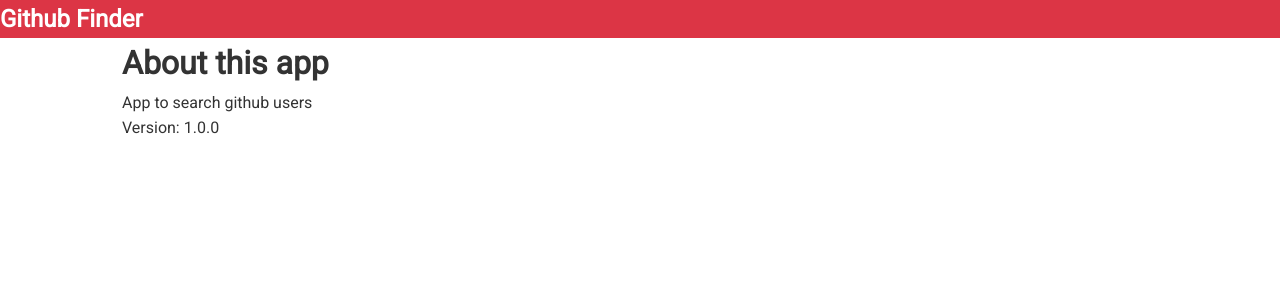
Repository: 7harshit20/github-users-finder
Page: /about
An editor plug-in stored every save of this project. The page is shown before and after the next save, followed by the edit.
The browser window is 1280 px wide. The pictures show the whole page.
The project was rebuilt for these pictures with package versions that can differ from the ones it lists, and the page was loaded fresh each time. Also part of the build but not shown: src/component/users/UserItems.js, src/component/layout/Spinner.js, src/component/users/Users.js, src/component/users/Search.js, src/component/layout/Alert.js.

Above is the page before, as saved 2021-10-03 10:47:58.

### src/App.js
import React, { Component, Fragment } from 'react';
import { BrowserRouter as Router, Switch, Route } from 'react-router-dom';
import Navbar from './component/layout/Navbar';
import Users from './component/users/Users';
import Search from './component/users/Search';
import Alert from './component/layout/Alert';
import About from './component/pages/About';
import axios from 'axios';
import './App.css';

class App extends Component {
  state = {
    users: [],
    loading: false,
    alert: null
  }

  searchUsers = async (text) => {
    this.setState({ loading: true });

    // const res = await fetch(`http://api.github.com/search/users?q=${text}&client_id=${process.env.REACT_APP_GITHUB_CLIENT_ID}&client_secret=${process.env.REACT_APP_GITHUB_CLIENT_SECRET}`);
    // const data = await res.json();
    // this.setState({ users: data.items, loading: false });
    const res = await axios.get(`http://api.github.com/search/users?q=${text}&client_id=${process.env.REACT_APP_GITHUB_CLIENT_ID}&client_secret=${process.env.REACT_APP_GITHUB_CLIENT_SECRET}`);

    this.setState({ loading: false, users: res.data.items });
  };

  clearUsers = () => {
    this.setState({ users: [] })
  }

  setAlert = (message, background) => {
    this.setState({ alert: { msg: message, type: background } });
    setTimeout(() => this.setState({ alert: null }), 3000)
  }

  // async componentDidMount() {
  //   this.setState({ loading: true });

  //   const res = await fetch(`http://api.github.com/users?client_id=${process.env.REACT_APP_GITHUB_CLIENT_ID}&client_secret=${process.env.REACT_APP_GITHUB_CLIENT_SECRET}`);
  //   const data = await res.json();

  //   this.setState({ users: data, loading: false });
  // }



  render() {
    // const name = "Someone";
    // const load = false;
    // const showName = true;
    // if (!showName && !load) {
    //   return (
    //     <h1>Changes successful</h1>
    //   )
    // }
    // return (
    //   <div className="App" >
    //     {load ? <h4>Loading...</h4> : <h1>{name}'s Changes successful</h1>}
    //   </div>
    //   // <Fragment>
    //   //   <h1>Hello again</h1>
    //   // </Fragment>
    // );
    const { loading, users, alert } = this.state;
    const name = "Github Finder";

    return (
      <Router>
        <div className="App">
          <Navbar title={name} />
          <div className="container">
            <Alert alert={alert} />
            <Switch>
              <Route exact path='/' render={(props) => (
                <Fragment>
                  <Search
                    searchUsers={this.searchUsers}
                    clearUsers={this.clearUsers}
                    setAlert={this.setAlert}
                    showClear={users.length > 0 ? true : false}
                  />
                  <Users loading={loading} users={users} />
                </Fragment>
              )}
              />
              <Route
                exact path='/about'
                render={(props) => (
                  <About />
                )}
              />
            </Switch>
          </div>
        </div>
      </Router>
    );

  }
}

export default App;

### src/component/layout/Navbar.js
// import React, { Component } from 'react'
// import PropTypes from 'prop-types'

// export class Navbar extends Component {
//     static defaultProps = {
//         title: 'Github Finder'
//     }

//     static propTypes = {
//         title: PropTypes.string.isRequired
//     }

//     render() {
//         return (
//             <nav className='bg-primary'>
//                 <h1>{this.props.title}</h1>
//             </nav>
//         )
//     }
// }

// export default Navbar
import React from 'react'
import PropTypes from 'prop-types'

const Navbar = ({ title }) => {
    return (
        <nav className='bg-primary'>
            <h1>
                {title}
            </h1>
        </nav>
    )
}
Navbar.defaultProps = {
    title: 'Github Finder'
}

Navbar.propTypes = {
    title: PropTypes.string.isRequired
}


export default Navbar

### src/component/pages/About.js
import React, { Fragment } from 'react'

export const About = () => {
    return (
        <Fragment>
            <h1>About this app</h1>
            <p>App to search github users</p>
            <p>Version: 1.0.0</p>
        </Fragment>
    )
}

export default About;

Loaded but not shown: src/index.js (common file); src/reportWebVitals.js (common file); src/App.css (common file)

After the next save:
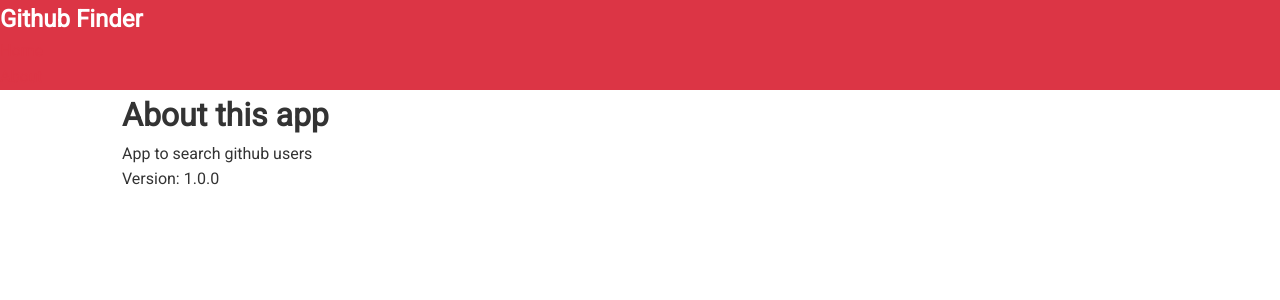
Saved 4 min 13 s later.
--- a/src/component/layout/Navbar.js
+++ b/src/component/layout/Navbar.js
@@ -22,6 +22,7 @@
 // export default Navbar
 import React from 'react'
 import PropTypes from 'prop-types'
+import { Link } from 'react-router-dom'
 
 const Navbar = ({ title }) => {
     return (
@@ -29,6 +30,10 @@
             <h1>
                 {title}
             </h1>
+            <ul>
+                <li><Link to="/">Home</Link></li>
+                <li><Link to="/about">About</Link></li>
+            </ul>
         </nav>
     )
 }
